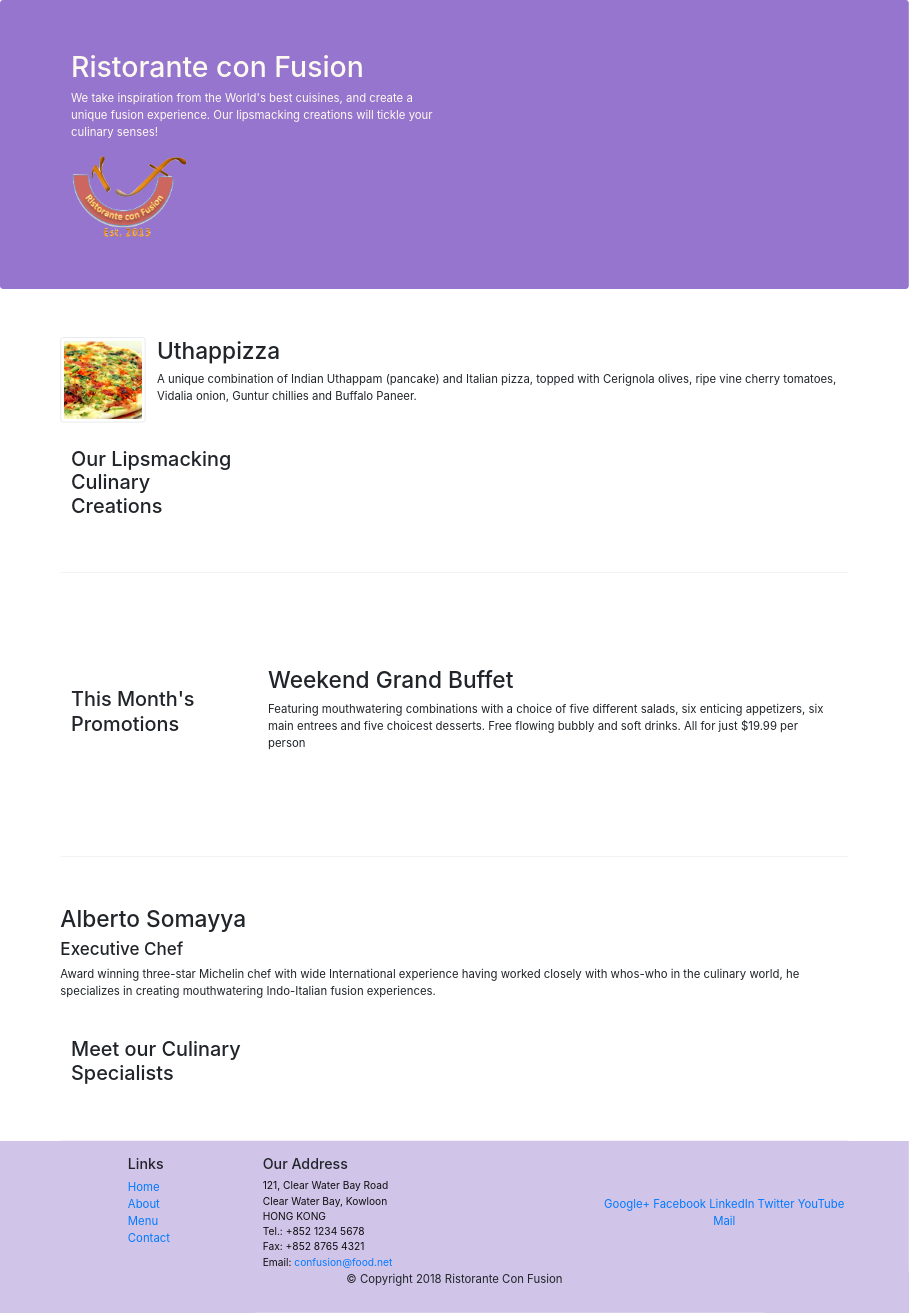
Repository: HwZau/conFusion
Page: index.html
An editor plug-in stored every save of this project. The page is shown before and after a run of saves, followed by the edit.
The browser window is 1280 px wide. The pictures show the whole page, at 71% of full size.

Above is the page before, as saved 2022-05-19 11:19:37.

### index.html
<!DOCTYPE html>
<html lang="en">
  <head>
    <meta charset="utf-8" />
    <meta
      name="viewport"
      content="width=device-width, initial-scale=1, shrink-to-fit=no"
    />
    <meta http-equiv="x-ua-compatible" content="ie=edge" />
    <title>Ristorante Con Fusion</title>
    <link
      rel="stylesheet"
      href="node_modules/bootstrap/dist/css/bootstrap.min.css"
    />
    <link rel="stylesheet" href="css/style.css" />
  </head>

  <body>
    <header class="jumbotron">
      <div class="container">
        <div class="row row-header">
          <div class="col-12 col-sm-6">
            <h1>Ristorante con Fusion</h1>
            <p>
              We take inspiration from the World's best cuisines, and create a
              unique fusion experience. Our lipsmacking creations will tickle
              your culinary senses!
            </p>
          </div>

        </div>
        <div class="col-12 col-sm align-self-center">
          <img src="img/logo.png" alt="" class="img-fluid">
        </div>
      </div>
    </header>

    <div class="container">
      <div class="row row-content align-items-center">
        <div class="media">
          <img src="img/uthappizza.png" alt="Ubhappizza" class="d-flex mr-3 img-thumbnail align-self-center">
          <div class="meadia-body">
            <h2>Uthappizza</h2>
            <p>
              A unique combination of Indian Uthappam (pancake) and Italian pizza,
              topped with Cerignola olives, ripe vine cherry tomatoes, Vidalia
              onion, Guntur chillies and Buffalo Paneer.
            </p>
          </div>
        </div>

        <div class="col-12 col-sm-4 col-md-3">
          <h3>Our Lipsmacking Culinary Creations</h3>
        </div>
      </div>

      <div class="row row-content align-items-center">
        <div class="col-12 col-sm-4 col-md-3">
          <h3>This Month's Promotions</h3>
        </div>
        <div class="col col-sm col-md">
          <h2>Weekend Grand Buffet</h2>
          <p>
            Featuring mouthwatering combinations with a choice of five different
            salads, six enticing appetizers, six main entrees and five choicest
            desserts. Free flowing bubbly and soft drinks. All for just $19.99
            per person
          </p>
        </div>
      </div>

      <div class="row row-content align-items-center">
        <div class="media">

          <div class="media-body">
            <h2>Alberto Somayya</h2>
            <h4>Executive Chef</h4>
            <p>
              Award winning three-star Michelin chef with wide International
              experience having worked closely with whos-who in the culinary
              world, he specializes in creating mouthwatering Indo-Italian fusion
              experiences.
            </p>
          </div>
        </div>

        <div class="col-12 col-sm-4 col-md-3">
          <h3>Meet our Culinary Specialists</h3>
        </div>
      </div>
    </div>

    <footer class="footer">
      <div class="container">
        <div class="row">
          <div class="col-4 offset-1 col-sm-2">
            <h5>Links</h5>
            <ul class="list-unstyled">
              <li><a href="#">Home</a></li>
              <li><a href="#">About</a></li>
              <li><a href="#">Menu</a></li>
              <li><a href="#">Contact</a></li>
            </ul>
          </div>
          <div class="col-7 col-sm-5">
            <h5>Our Address</h5>
            <address>
              121, Clear Water Bay Road<br />
              Clear Water Bay, Kowloon<br />
              HONG KONG<br />
              Tel.: +852 1234 5678<br />
              Fax: +852 8765 4321<br />
              Email: <a href="mailto:confusion@food.net">confusion@food.net</a>
            </address>
          </div>
          <div class="col-12 col-sm-4 align-self-center">
            <div class="text-center">
              <a href="http://google.com/+">Google+</a>
              <a href="http://www.facebook.com/profile.php?id=">Facebook</a>
              <a href="http://www.linkedin.com/in/">LinkedIn</a>
              <a href="http://twitter.com/">Twitter</a>
              <a href="http://youtube.com/">YouTube</a>
              <a href="mailto:">Mail</a>
            </div>
          </div>
        </div>
        <div class="row justify-content-center">
          <div class="col-auto">
            <p>© Copyright 2018 Ristorante Con Fusion</p>
          </div>
        </div>
      </div>
    </footer>

    <script src="node_modules/jquery/dist/jquery.slim.min.js"></script>
    <script src="node_modules/popper.js/dist/umd/popper.min.js"></script>
    <script src="node_modules/bootstrap/dist/js/bootstrap.min.js"></script>
  </body>
</html>

### css/style.css

.row-header {
	margin: 0px auto;
	padding: 0px auto;
}

.row-content {
	margin: 0 auto;
	padding: 50px 0px 50px 0px;
	border-bottom: 1px ridge;
	min-height: 400px;
}

.footer {
	background-color: #D1C4E9;
	margin: 0px auto;
	padding: 20px 0px 20px 0px;
}

.jumbotron {
	padding: 70px 30px 70px 30px;
	margin: 0px auto;
	background: #9575CD;
	color: floralwhite;
}

address {
	font-size: 90%;
	margin: 0px;
	color:#0f0f0f;
}

Loaded but not shown: node_modules/bootstrap/dist/css/bootstrap.min.css (library); node_modules/jquery/dist/jquery.slim.min.js (library); node_modules/popper.js/dist/umd/popper.min.js (library); node_modules/bootstrap/dist/js/bootstrap.min.js (library)

After the next 3 saves:
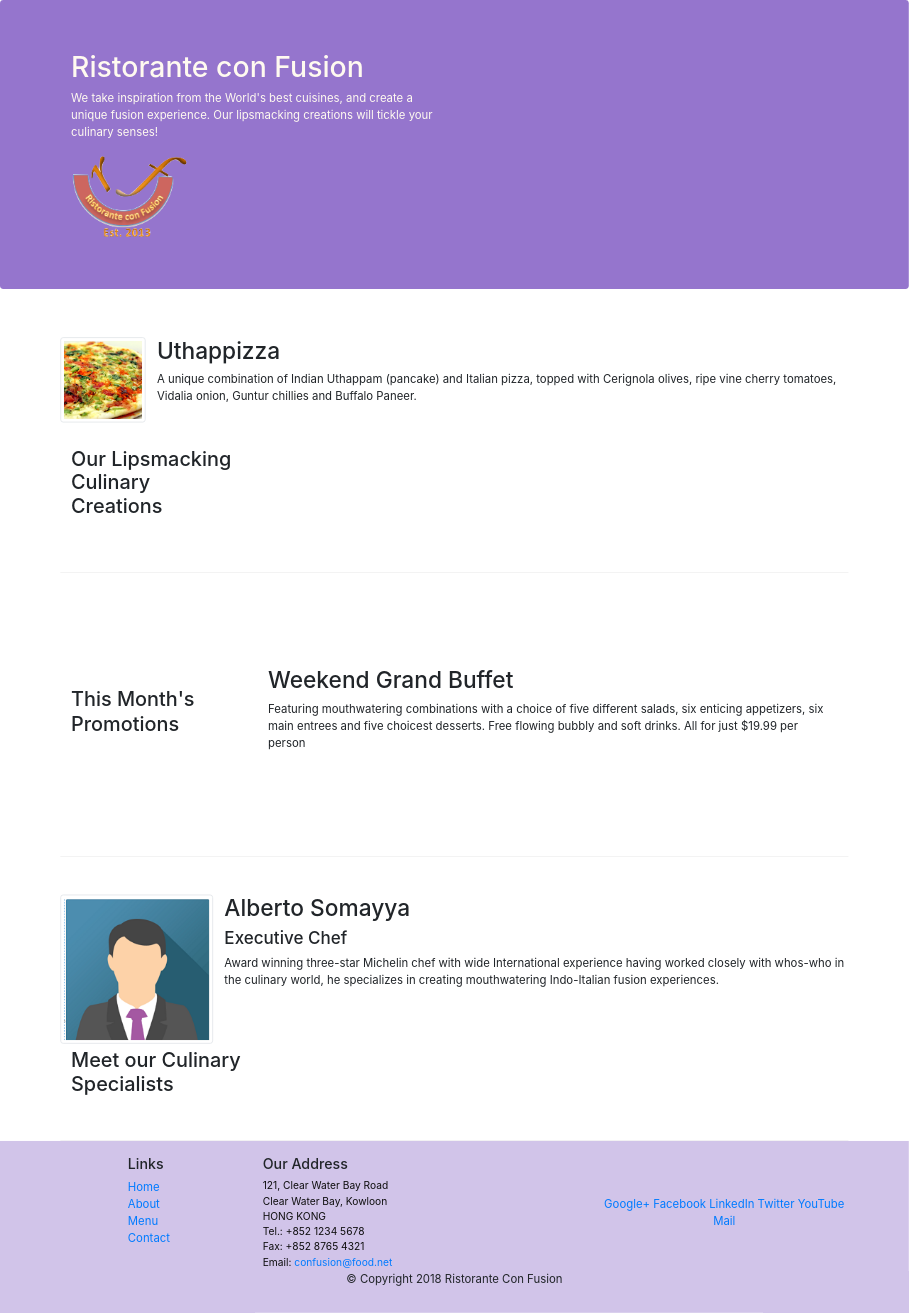
The 3 saves are shown as one change because they came seconds apart.
The last was saved 27 s later.
--- a/index.html
+++ b/index.html
@@ -71,7 +71,7 @@
 
       <div class="row row-content align-items-center">
         <div class="media">
-
+          <img src="img/alberto.png" alt="Ubhappizza" class="d-flex mr-3 img-thumbnail align-self-center">
           <div class="media-body">
             <h2>Alberto Somayya</h2>
             <h4>Executive Chef</h4>
